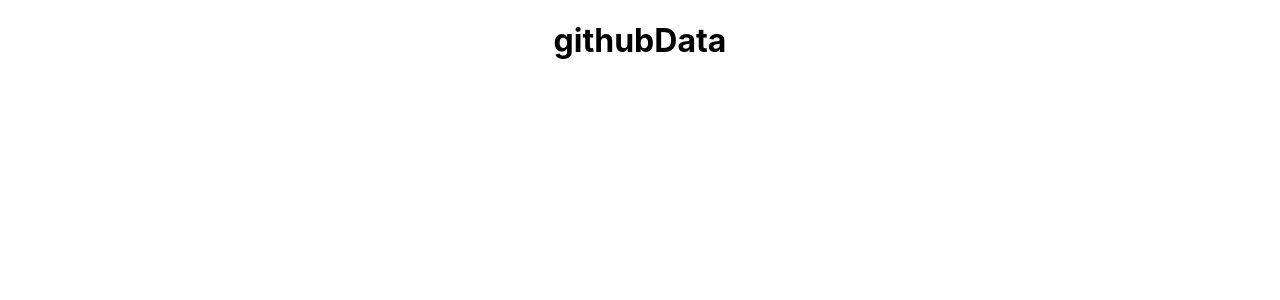
Repository: qudos4real/altschool-second-sem
Page: /
An editor plug-in stored every save of this project. The page is shown before and after the next save, followed by the edit.
The browser window is 1280 px wide. The pictures show the whole page.
The page's requests for data from a server got no answer. The project was rebuilt for these pictures with package versions that can differ from the ones it lists, and the page was loaded fresh each time. No one was signed in, and anything a server would have sent is missing.

Above is the page before, as saved 2022-10-27 09:06:03.

### src/App.js
import {useState, useEffect} from "react";
import './App.css';



function App() {
const [githubData, setGithubData] = useState({});
const [username, setUsername] = useState("Qudos4real");

useEffect(() => {
  async function fetchData() {
    const response = await fetch(`https://api.github.com/users/${username}`);
    const data = await response.json();
    setGithubData(data);
  }
  console.log("use effect called");
  fetchData();
}, [username]);



  return (
    <div className="App">
      <h1>githubData</h1>
    </div>
  );
}

export default App;

Loaded but not shown: public/index.html (common file); src/index.js (common file); src/index.css (common file); src/reportWebVitals.js (common file); src/App.css (common file)

After the next save:
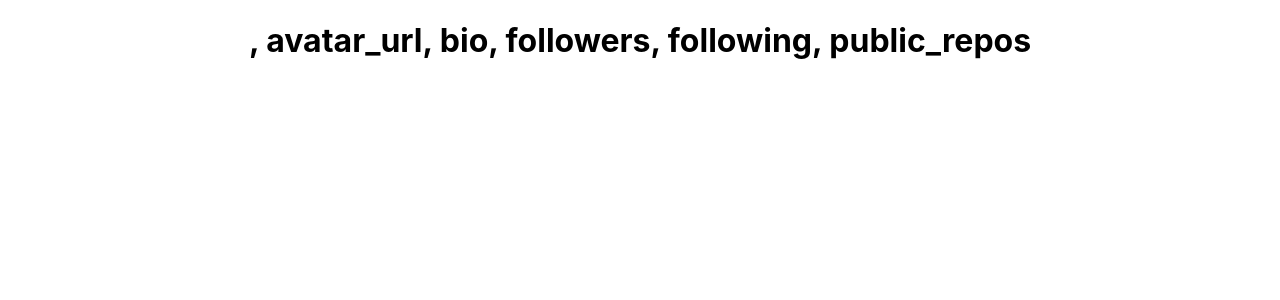
Saved 100 s later.
--- a/src/App.js
+++ b/src/App.js
@@ -17,11 +17,13 @@ useEffect(() => {
   fetchData();
 }, [username]);
 
-
+let {name, avatar_url, bio, followers, following, public_repos} = githubData;
 
   return (
     <div className="App">
-      <h1>githubData</h1>
+      <h1>
+        {name}, avatar_url, bio, followers, following, public_repos
+      </h1>
     </div>
   );
 }
